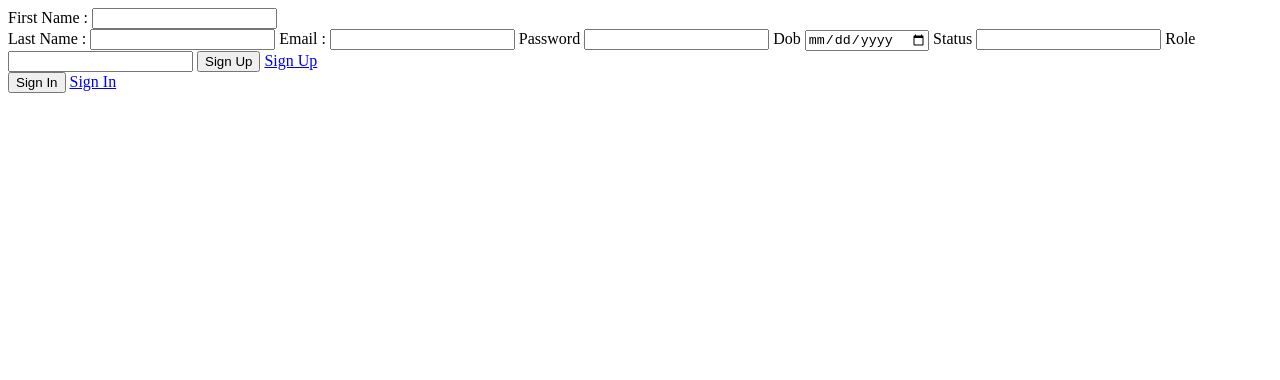
Repository: bhageshchincholi/AdvanceJava
Page: Election/Election/webcontent/SignUp.html
An editor plug-in stored every save of this project. The page is shown before and after the next save, followed by the edit.
The browser window is 1280 px wide. The pictures show the whole page.

Above is the page before, as saved 2024-06-08 19:26:56.

### Election/Election/webcontent/SignUp.html
<!DOCTYPE html>
<html>
<head>
<meta charset="ISO-8859-1">
<title>New User Register</title>
</head>
<body>
	<form method="post" action="register">
		<label>First Name : </label>
		<input type="text" name="firstName" />
		<br/>
		<label>Last Name : </label>
		<input type="text" name="lastName"/>

		<label>Email : </label>
		<input type="email" name="email"/>

		<label>Password </label>
		<input type="password" name="password"/>

		<label>Dob</label>
		<input type="date" name="dob"/>

		<label>Status</label>
		<input type="text" name="status"/>

		<label>Role </label>
		<input type="text" name="role">

		<input type="submit" value="Sign Up"/>
		<a href="Register.html">Sign Up</a>

	</form>
		<input type="submit" value="Sign In"/>
		<a href="index.html">Sign In</a>
</body>
</html>

After the next save:
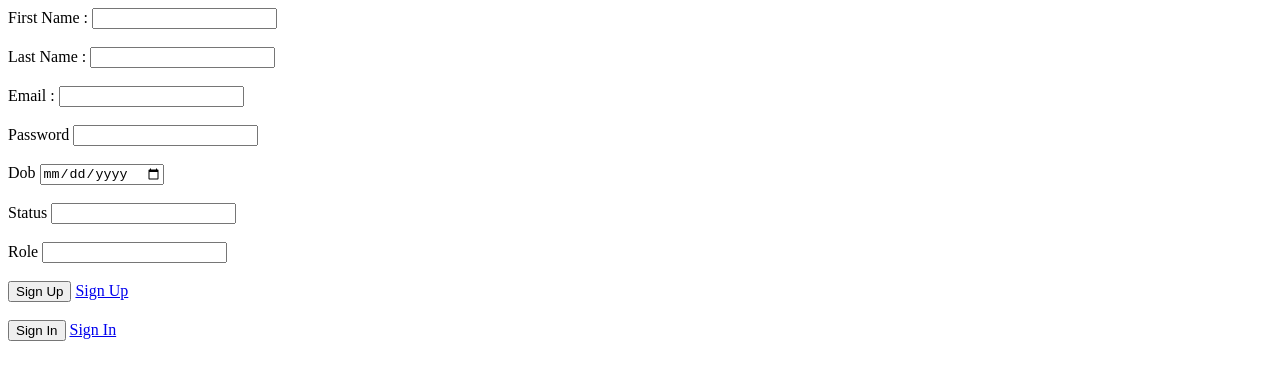
Saved 37 s later.
--- a/Election/Election/webcontent/SignUp.html
+++ b/Election/Election/webcontent/SignUp.html
@@ -9,27 +9,42 @@
 		<label>First Name : </label>
 		<input type="text" name="firstName" />
 		<br/>
+		<br/>
 		<label>Last Name : </label>
 		<input type="text" name="lastName"/>
 
+		<br/>
+		<br/>
 		<label>Email : </label>
 		<input type="email" name="email"/>
 
+		<br/>
+		<br/>
 		<label>Password </label>
 		<input type="password" name="password"/>
 
+		<br/>
+		<br/>
 		<label>Dob</label>
 		<input type="date" name="dob"/>
 
+		<br/>
+		<br/>
 		<label>Status</label>
 		<input type="text" name="status"/>
+		<br/>
+		<br/>
 
 		<label>Role </label>
 		<input type="text" name="role">
 
+		<br/>
+		<br/>
 		<input type="submit" value="Sign Up"/>
 		<a href="Register.html">Sign Up</a>
 
+		<br/>
+		<br/>
 	</form>
 		<input type="submit" value="Sign In"/>
 		<a href="index.html">Sign In</a>
